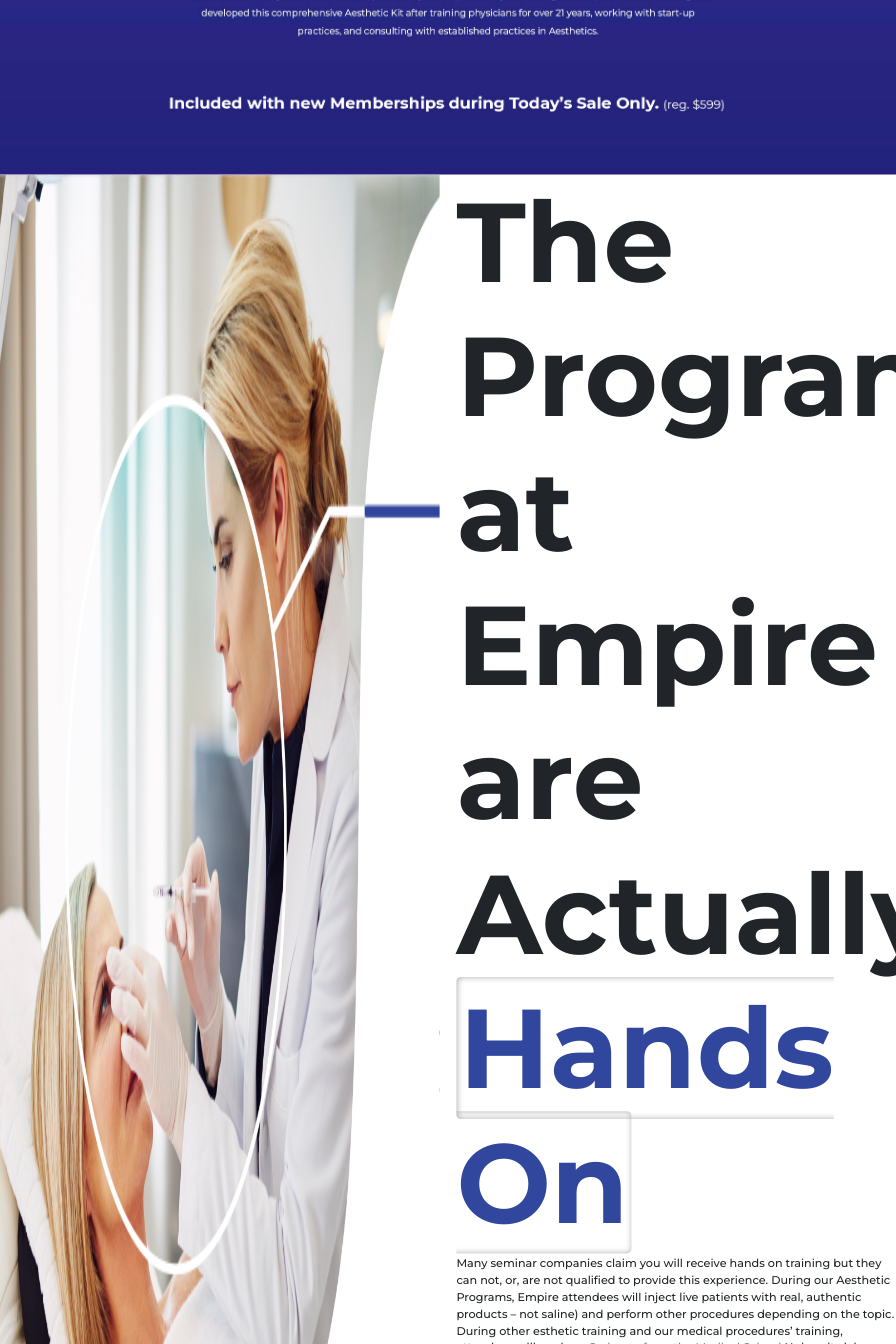
Repository: jorgi710/BODY-CONTOURING-INJECTABLES-AND-ADJUNCT-PROCEDURES
Page: our quarantee/file/public/index.html
These files come from the project's save history. The page is drawn as it stood at one moment and after the next save; the edit follows.
The browser window is 1280 px wide. The pictures show the part of the page from y = 3692 to 5612 px (the page is 7030 px tall before and 5599 px after), at 70% of full size.

Above is the page before, as saved 2021-04-07 11:02:14.

After the next save:
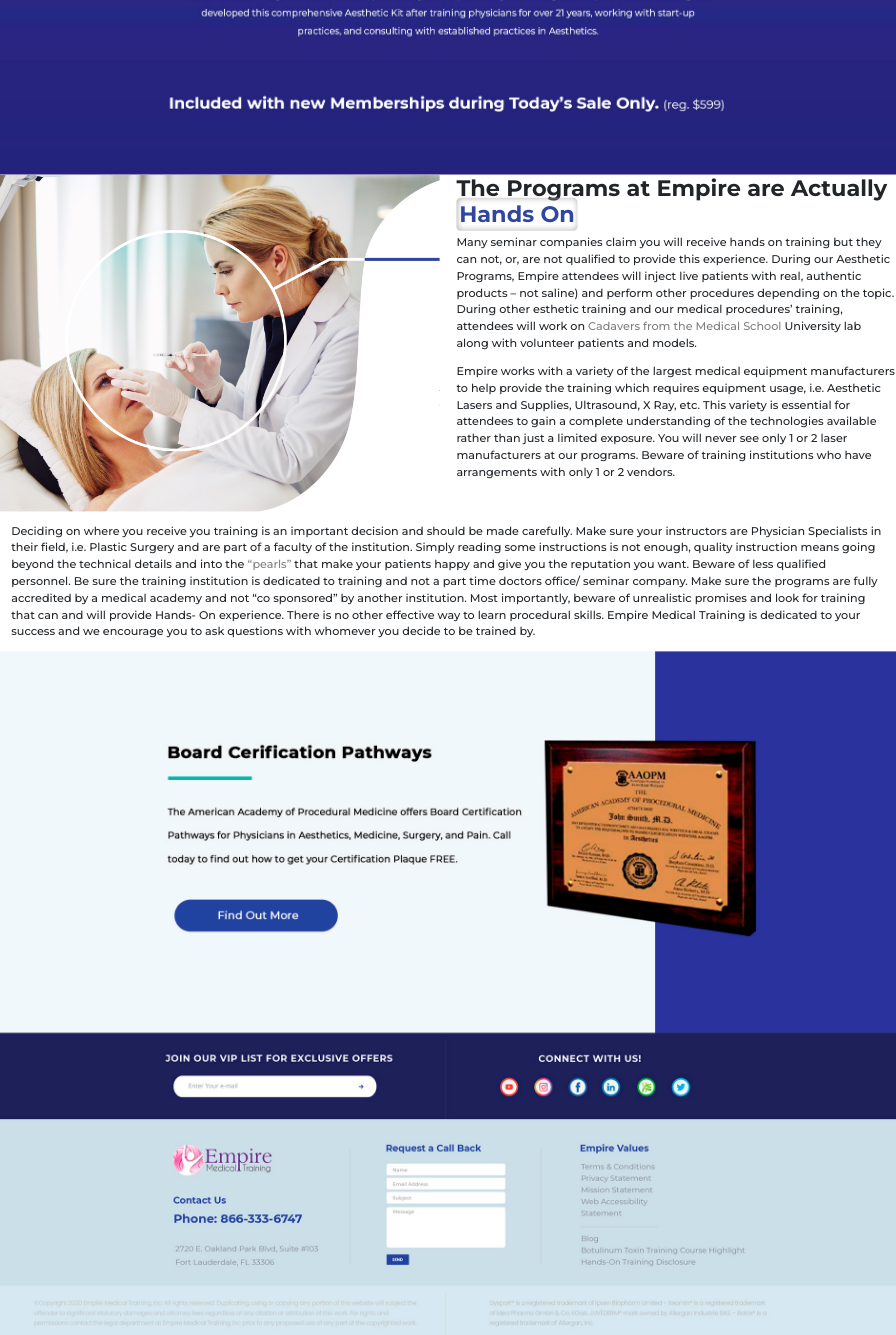
Saved 4 s later.
--- a/our quarantee/file/public/css/style.css
+++ b/our quarantee/file/public/css/style.css
@@ -329,7 +329,7 @@
   height: 100%;
 }
 .section_5 .row .col-md-6 h1 {
-  font-size: 10rem;
+  font-size: 2rem;
 }
 
 /* Tablet */
